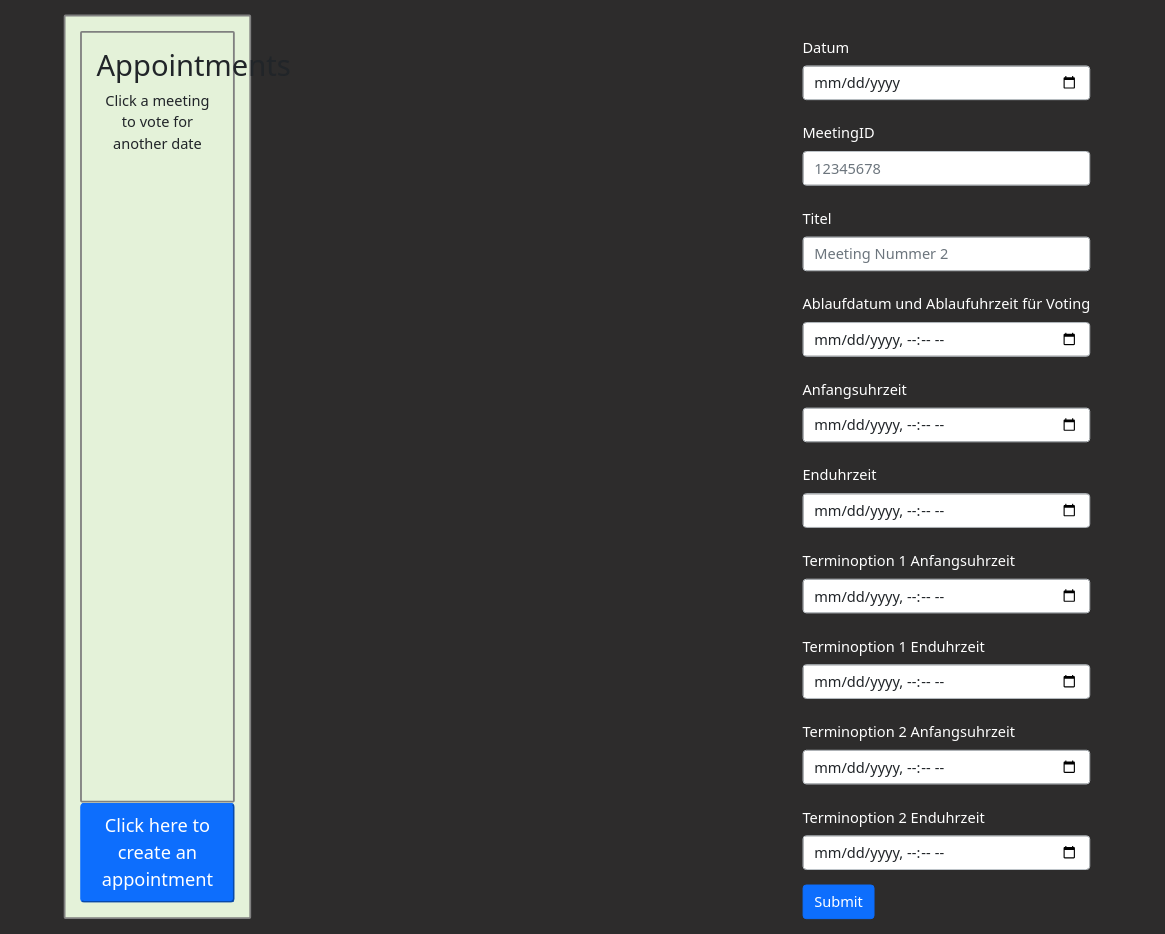
Repository: wlichon/Semesterprojekt
Page: index.html
An editor plug-in stored every save of this project. The page is shown before and after the next save, followed by the edit.
The browser window is 1280 px wide. The pictures show the whole page, at 91% of full size.
The page's requests for data from a server got no answer. Some web libraries are served in a nearby version.

Above is the page before, as saved 2022-04-26 15:42:04.

### index.html
<!DOCTYPE html>
<html lang="en">
<head>
    <link href="https://cdn.jsdelivr.net/npm/bootstrap@5.1.3/dist/css/bootstrap.min.css" rel="stylesheet" integrity="sha384-1BmE4kWBq78iYhFldvKuhfTAU6auU8tT94WrHftjDbrCEXSU1oBoqyl2QvZ6jIW3" crossorigin="anonymous">
    <link rel="stylesheet" href="https://cdn.jsdelivr.net/npm/bootstrap-icons@1.8.1/font/bootstrap-icons.css">
    <script
    src="https://code.jquery.com/jquery-3.6.0.min.js"
    integrity="sha256-/xUj+3OJU5yExlq6GSYGSHk7tPXikynS7ogEvDej/m4="
    crossorigin="anonymous"></script>
    <script src="https://cdnjs.cloudflare.com/ajax/libs/jqueryui/1.12.1/jquery-ui.min.js" integrity="sha512-uto9mlQzrs59VwILcLiRYeLKPPbS/bT71da/OEBYEwcdNUk8jYIy+D176RYoop1Da+f9mvkYrmj5MCLZWEtQuA==" crossorigin="anonymous" referrerpolicy="no-referrer"></script>
    <meta charset="UTF-8">
    <meta http-equiv="X-UA-Compatible" content="IE=edge">
    <meta name="viewport" content="width=device-width, initial-scale=1.0">
    <link rel="stylesheet" href="frontend/css/mystyle.css">
    <script src="frontend/script/script.js" defer></script>
    <title>Appointment Finder</title>
</head>
<body class="d-flex justify-content-center">
    <div class="container m-3 d-flex justify-content-center">
        <div class="events row flex-grow-1" id="events">
            <div class="col-md-3 d-flex justify-content-between" style="flex-direction: column">

                <div class="col">
                    <h2 class="align-self-center">Appointments</h2>
                    <p class="">Click a meeting to vote for another date</p>
                </div>
                <button class = "btn-primary btn-lg" id = "createappointment"> Click here to create an appointment</button>


                </div>
             </div>

             <form id = "checkboxnamecomment">
            <div class="appointments row flex-grow-1" id="appointments">
                <div class="col-md d-flex justify-content-between" style="flex-direction: column">
                    <div class="row h-80">
                        <div class="col">
                           <h2 class="align-self-center">Options</h2>
                        </div>
                    </div>
                    <div class="row inputs h-20 align-self-bottom">
                        <div class="col-md">
                            <i class="bi bi-person-circle m-1"></i><input type="text" placeholder="Name" id = "personname" >
                        </div>
                    </div>
                </div>
            </form>
        </div>


        <form id = "createappointmentform" >
            <div class="form-group">
              <label for="date" class ="text-white mt-4 mb-2">Datum</label>
              <input type="date" class="form-control" name="date" id="date" required>
            </div>
            <div class="form-group">
                <label for="meetingid" class ="text-white mt-4 mb-2">MeetingID</label>
                <input type="number" class="form-control" name="meetingid" id="meetingid" placeholder="12345678" required>
            </div>
            <div class="form-group">
                <label for="title" class ="text-white mt-4 mb-2">Titel</label>
                <input type="text" class="form-control" name="title" id="title" placeholder="Meeting Nummer 2" required>
            </div>
              <div class="form-group">
                <label for="votingExpirationDate" class ="text-white mt-4 mb-2">Ablaufdatum und Ablaufuhrzeit für Voting</label>
                <input type="datetime-local" class="form-control" name="votingExpirationDate" id="votingExpirationDate"  required>
            </div>
              <div class="form-group">
                <label for="begin" class ="text-white mt-4 mb-2">Anfangsuhrzeit</label>
                <input type="datetime-local" class="form-control" name="begin" id="begin" required>
            </div>
              <div class="form-group">
                <label for="end" class ="text-white mt-4 mb-2">Enduhrzeit</label>
                <input type="datetime-local" class="form-control" name="end" id="end"  required>
            </div>
            <div class="form-group">
                <label for="terminoption1" class ="text-white mt-4 mb-2">Terminoption 1 Anfangsuhrzeit</label>
                <input type="datetime-local" class="form-control" name="terminoption1begin" id="terminoption1begin"  required>
            </div>
            <div class="form-group">
                <label for="terminoption1" class ="text-white mt-4 mb-2">Terminoption 1 Enduhrzeit</label>
                <input type="datetime-local" class="form-control" name="terminoption1end" id="terminoption1end"  required>
            </div>
            <div class="form-group">
                <label for="terminoption2" class ="text-white mt-4 mb-2">Terminoption 2 Anfangsuhrzeit</label>
                <input type="datetime-local" class="form-control" name="terminoption2begin" id="terminoption2begin"  required>
            </div>
            <div class="form-group">
                <label for="terminoption2" class ="text-white mt-4 mb-2">Terminoption 2 Enduhrzeit</label>
                <input type="datetime-local" class="form-control" name="terminoption2end" id="terminoption2end"  required>
            </div>
            <button name = "submit" type="submit" class="btn btn-primary mt-3">Submit</button>
          </form>

            </div>


    <script src="https://cdn.jsdelivr.net/npm/bootstrap@5.1.3/dist/js/bootstrap.bundle.min.js" integrity="sha384-ka7Sk0Gln4gmtz2MlQnikT1wXgYsOg+OMhuP+IlRH9sENBO0LRn5q+8nbTov4+1p" crossorigin="anonymous"></script>
</body>
</html>

### frontend/css/mystyle.css
[class*="col"]{
    text-align:center;
    border: 2px solid grey;
    padding: 1rem;
    border-radius: 2px;
    background-color:rgb(228, 242, 217);
}

.bi-person-circle{
    font-size: 1.5rem;
}

.inputs > div{
    background-color: rgb(89, 209, 61);
}

body{
    background-color:rgb(45, 44, 44);
}

.wrapper{
    border-radius: 5px;
    border: none;
    background-color: lightcyan;
}

.container{
    border-radius: 5px;
}

#lslide{
    background-color:blue;
    border-radius:10px;
}

.event{
    cursor: pointer;
}

.event:hover{
    background-color:blue;
}

.noevent:hover{
    pointer-events: none;
}

### frontend/script/script.js
"use strict";
var months = ["Jan", "Feb", "Mar", "Apr", "May", "Jun", "Jul", "Aug", "Sep", "Oct", "Nov", "Dec"];
var days = ["Mon", "Tue", "Wed", "Thu", "Fri", "Sat", "Sun"];
var slidebutton = "<div class='btn btn-primary col-auto p-1' id='lslide'><i class='bi bi-chevron-left'></i></div>";
var commentbar = "<div class='row mt-5 comment'><div class='input-group input-group-lg'><span class='input-group-text' id='inputGroup-sizing-lg'>Comment</span><input type='text' class='form-control' aria-label='Sizing example input' aria-describedby='inputGroup-sizing-lg'><button class='btn btn-outline-secondary bg-primary text-white' type='button' id='submit'>Submit</button></div></div>";
$(function () {
    $("#appointments").hide();
    $("#events").hide();
    $.ajax({
        type: "GET",
        url: "backend/serviceHandler.php",
        cache: false,
        data: { function: "loadAppointments" },
        dataType: "json",
        success: function (response) {
            // bei sucess liefert loadAppointments ein Array mit den ganzen Appointments in dem Format:
            //  Appointment("25-06-2027", "Meeting4", "22-05-2025 19:30:00", "18:00", "18:30", [2, 3]) also:
            // Appointment("Tag-Monat-Jahr", "MeetingNummer", "ExpirationDate", "UhrzeitBeginn", "Uhrzeitende", "OptionsID");
            // Appointment ($date,$title,$votingExpirationDate,$begin,$end,$optionIDs)3222
            console.log("success");
            $.each(response, function (i, val) {
                var counter = 1;
                var date = new Date(val["date"]["date"]);
                var month = months[date.getMonth()];
                var day = days[date.getDay()];
                var dayOfMonth = date.getDate();
                var year = date.getFullYear();
                var expiration = val["votingExpirationDate"]["date"].substr(0, 19);
                var begin = val["begin"]["date"].substr(11).substr(0, 8);
                var end = val["end"]["date"].substr(11).substr(0, 8);
                var id = val["optionIDs"];
                $("#events").append("<div class='col-md-2 event' id =" + counter + " + data=" + id + ">" +
                    "<div class='col wrapper'>" +
                    "<h2>" + val["title"] + "</h2>" +
                    "<h4>" + month + "</h4>" +
                    "<h3>" + dayOfMonth + "</h3>" +
                    "<p>" + day + "</p>" +
                    "<p>Begins: " + begin + "</p>" +
                    "<p>Ends: " + end + "</p>" +
                    "<h6><p>Voting ends:</p>" +
                    "<p>" + expiration + "</p></h6>" +
                    "</div> </div>");
                var isexpired = new Date(expiration);
                var today = new Date();
                if (isexpired <= today) {
                    $("#" + counter).append("<h5 class = 'mt-3' > abgelaufen! </h5>");
                    $("#" + counter).attr("class", "col-md-2 noevent");
                }
                counter++;
            });
        },
        complete: function () {
            $(".event").on('click', function (e) {
                var self = e.currentTarget; // Element was das Klick getriggert hat
                $("#events").hide("slide", { direction: "left" }, 1000, function () {
                    console.log(self);
                    var optionIDs_string = self.getAttribute("data");
                    var optionIDs = Array.from(optionIDs_string.split(","));
                    console.log(optionIDs);
                    $.ajax({
                        type: "GET",
                        url: "backend/serviceHandler.php",
                        cache: false,
                        data: { function: "loadOptions", param: optionIDs },
                        dataType: "json",
                        success: function (response) {
                            console.log("success");
                            console.log(response);
                            $.each(response, function (i, val) {
                                var date = new Date(val["date"]["date"]);
                                console.log("loop");
                                var month = months[date.getMonth()];
                                var day = days[date.getDay()];
                                var dayOfMonth = date.getDate();
                                var year = date.getFullYear();
                                var begin = val["begin"]["date"].substr(11).substr(0, 8);
                                var end = val["end"]["date"].substr(11).substr(0, 8);
                                $("#appointments").append("<div class='col-md'>" +
                                    "<div class='col-md event'>" +
                                    "<div class='col wrapper'>" +
                                    "<h4>" + month + "</h4>" +
                                    "<h3>" + dayOfMonth + "</h3>" +
                                    "<p>" + day + "</p>" +
                                    "<p>Begins: " + begin + "</p>" +
                                    "<p>Ends: " + end + "</p>" +
                                    "</div></div>" +
                                    "<div class='row inputs h-20'>" +
                                    "<div class='col-md'><input class='form-check-input' type='checkbox' value=''></div></div></div>");
                            });
                            $("#appointments").append(slidebutton + commentbar);
                            $("#lslide").on('click', slidebar);
                        },
                        error: function (response) {
                            console.log("failure");
                        }
                    }),
                        setTimeout(function () { return $("#appointments").show("slide", 1000); }, 100);
                });
            });
            $("#events").show("slide", 1000);
        },
        error: function (e) {
            console.log("failure");
        }
    });
    console.log("hi");
    $("#submit").on('click', function () {
        console.log($("#test").prop("checked"));
    });
});
var optionNameInput = '<div class="col-md d-flex justify-content-between" style="flex-direction: column">' +
    '<div class="row h-80">' +
    '<div class="col">' +
    '<h2 class="align-self-center">Options</h2>' +
    '</div>' +
    '</div>' +
    '<div class="row inputs h-20 align-self-bottom">' +
    '<div class="col-md">' +
    '<i class="bi bi-person-circle m-1"></i><input type="text" placeholder="Name">' +
    '</div>' +
    '</div>' +
    '</div>';
function slidebar() {
    $("#appointments").hide("slide", { direction: "left" }, 1000, function () {
        $("#appointments").empty().append(optionNameInput);
        $("#events").show("slide", 1000);
    });
}

After the next save:
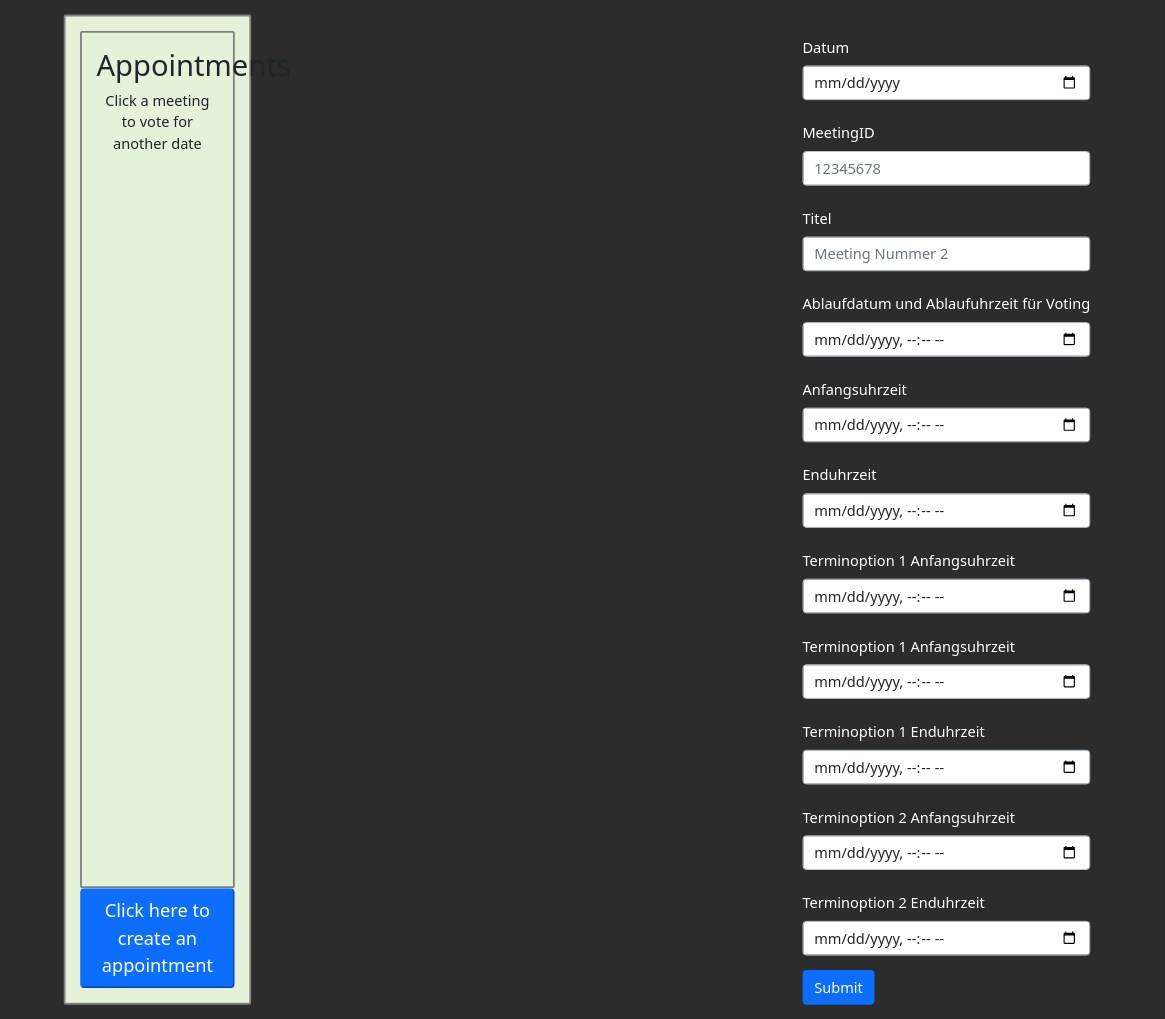
Saved 2 h 49 min later.
--- a/index.html
+++ b/index.html
@@ -78,6 +78,10 @@
                 <input type="datetime-local" class="form-control" name="terminoption1begin" id="terminoption1begin"  required>
             </div>
             <div class="form-group">
+                <label for="terminoption1" class ="text-white mt-4 mb-2">Terminoption 1 Anfangsuhrzeit</label>
+                <input type="datetime-local" class="form-control" name="terminoption1begin" id="terminoption1begin"  required>
+            </div>
+            <div class="form-group">
                 <label for="terminoption1" class ="text-white mt-4 mb-2">Terminoption 1 Enduhrzeit</label>
                 <input type="datetime-local" class="form-control" name="terminoption1end" id="terminoption1end"  required>
             </div>
